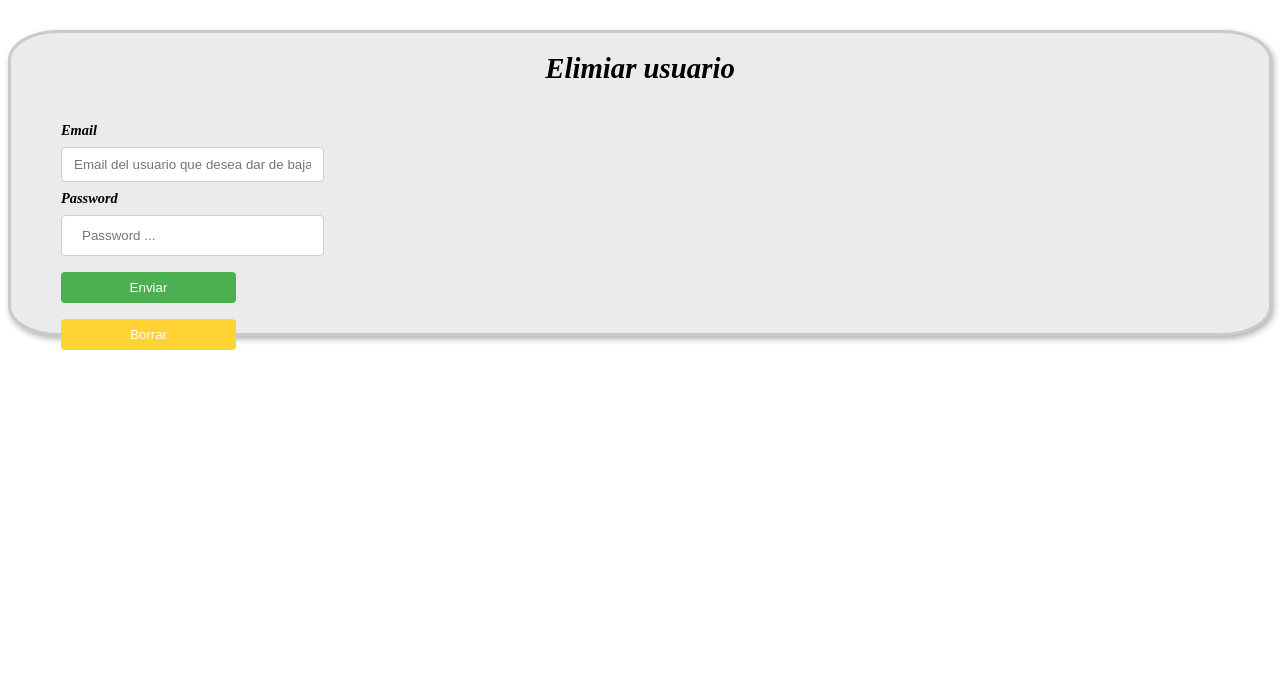
Repository: nachmz42/ProyectoJoker
Page: http://localhost/Joker/eliminarusuario.jsp
An editor plug-in stored every save of this project. The page is shown before and after the next save, followed by the edit.
The browser window is 1280 px wide. The pictures show the whole page.
The page is served by Tomcat 9.

Above is the page before, as saved 2021-07-02 11:36:01.

After the next save:
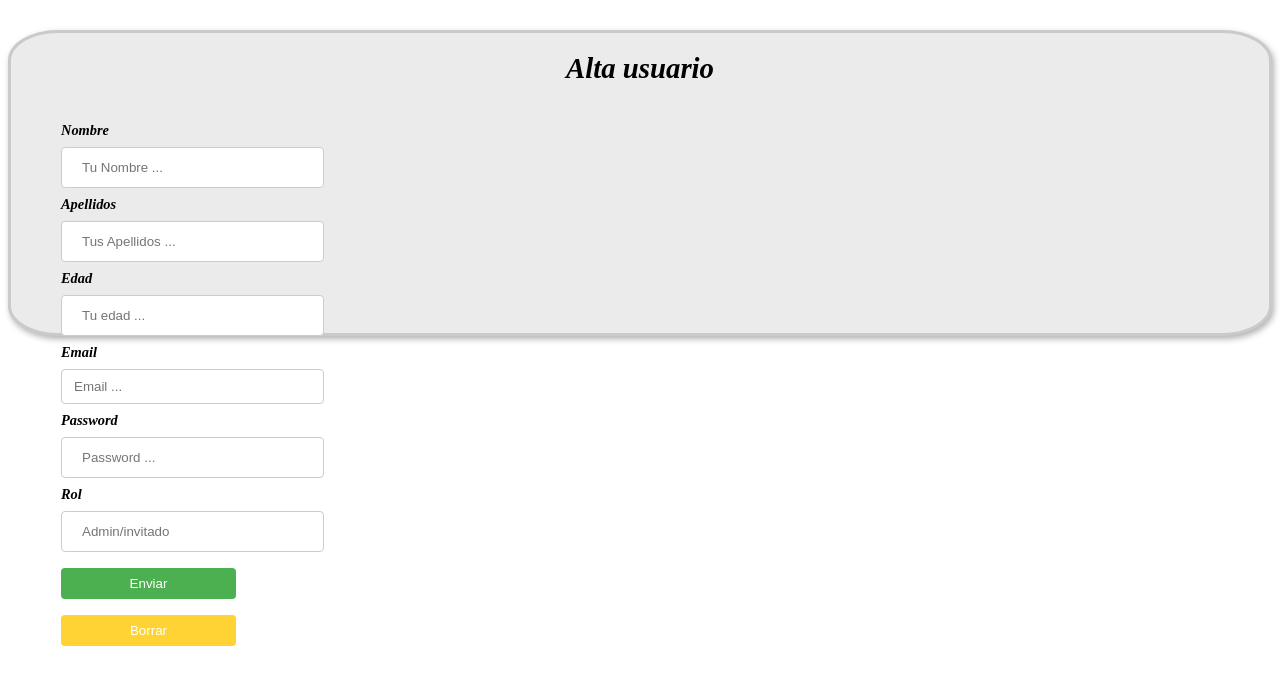
Saved 88 s later.
--- a/Joker/src/main/webapp/eliminarusuario.jsp
+++ b/Joker/src/main/webapp/eliminarusuario.jsp
@@ -9,20 +9,34 @@
 </head>
 <body>
 
+
 <div class= "testbox">
 
-	<h1>Elimiar usuario</h1>
-  	<form action="/"/Joker/ServletEliminarusuario"" method="post"><br>
+	<h1>Alta usuario</h1>
+  	<form action="/Joker/ServletEliminarusuario" method="post"><br>
 
-  	<div class="form2" >
+  	<div class="form2" style="">
+    <label for="nombre" id="1">Nombre</label><br>
+    <input type="text" id="nombre" name="nombre" placeholder="Tu Nombre ..."  required><br>
+
+    <label for="apellidos"  >Apellidos</label><br>
+    <input type="text" id="apellidos" name="apellidos" placeholder="Tus Apellidos ..." required><br>
+
+
+    <label for="edad" id="1">Edad</label><br>
+    <input type="text" id="edad" name="edad" placeholder="Tu edad ..."  required  ><br>
+
 
     <label for="email" id="1">Email</label><br>
-    <input type="email" id="email" name="email" placeholder="Email del usuario que desea dar de baja"  required>
+    <input type="email" id="email" name="email" placeholder="Email ..."  required>
      <i class="icon-user"></i><br>
 
 
     <label for="password" id="1" >Password</label><br>
     <input type="text" id="password" name="password" placeholder="Password ..."  required>  <br>
+
+    <label for="rol" id="1" >Rol</label><br>
+    <input type="text" id="rol" name="rol" placeholder="Admin/invitado"  required  >  <br>
 
 
     <input type="submit" value="Enviar"><br>
@@ -32,5 +46,6 @@
 
 </div>
 
+
 </body>
 </html>
